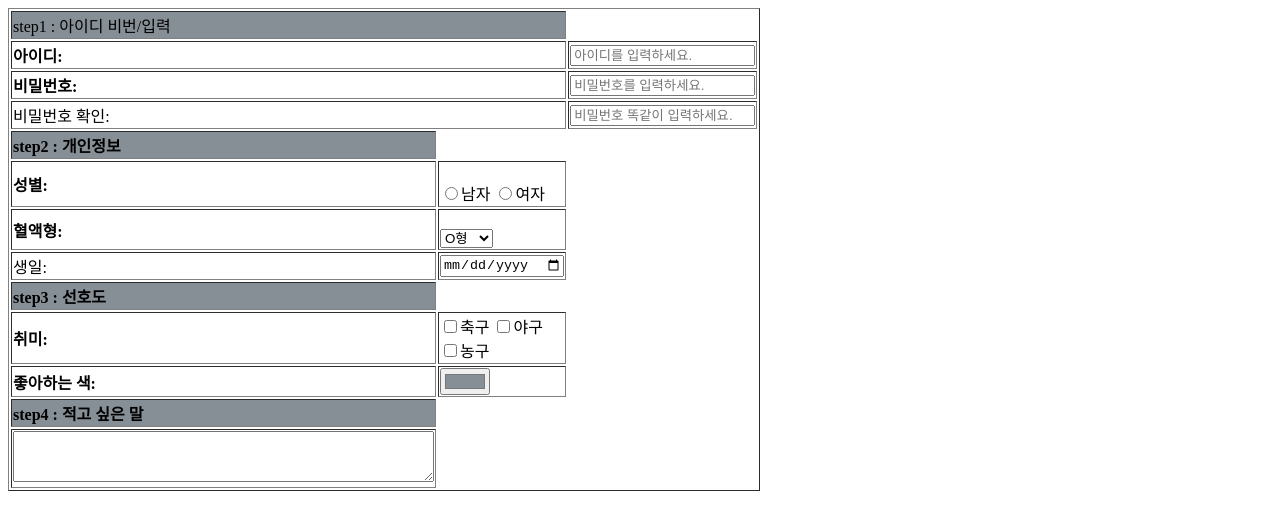
Repository: pillz9408/Jsp-Servlet
Page: jspstudy/day02/src/main/webapp/Lab2Join.html
An editor plug-in stored every save of this project. The page is shown before and after the next save, followed by the edit.
The browser window is 1280 px wide. The pictures show the whole page.

Above is the page before, as saved 2022-10-05 06:06:07.

After the next save:
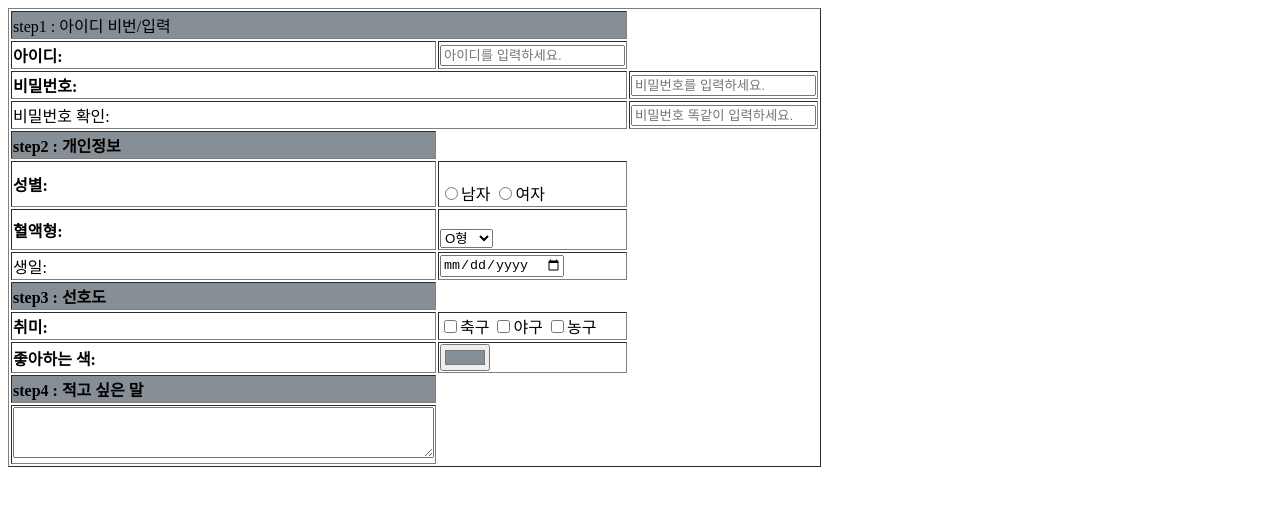
Saved 17 s later.
--- a/jspstudy/day02/src/main/webapp/Lab2Join.html
+++ b/jspstudy/day02/src/main/webapp/Lab2Join.html
@@ -11,7 +11,7 @@
 	<td colspan="2" bgcolor="#868e96">step1 : 아이디 비번/입력</td>
 	</tr>
 	<tr>
-	<td colspan="2"><b>아이디:</b></td><td><input type="text" name="id" placeholder="아이디를 입력하세요."></td>
+	<td><b>아이디:</b></td><td><input type="text" name="id" placeholder="아이디를 입력하세요."></td>
 	</tr>
 	<tr>
 	<td colspan="2"><b>비밀번호:</b></td><td><input type="password" name="pass" placeholder="비밀번호를 입력하세요."></td>
